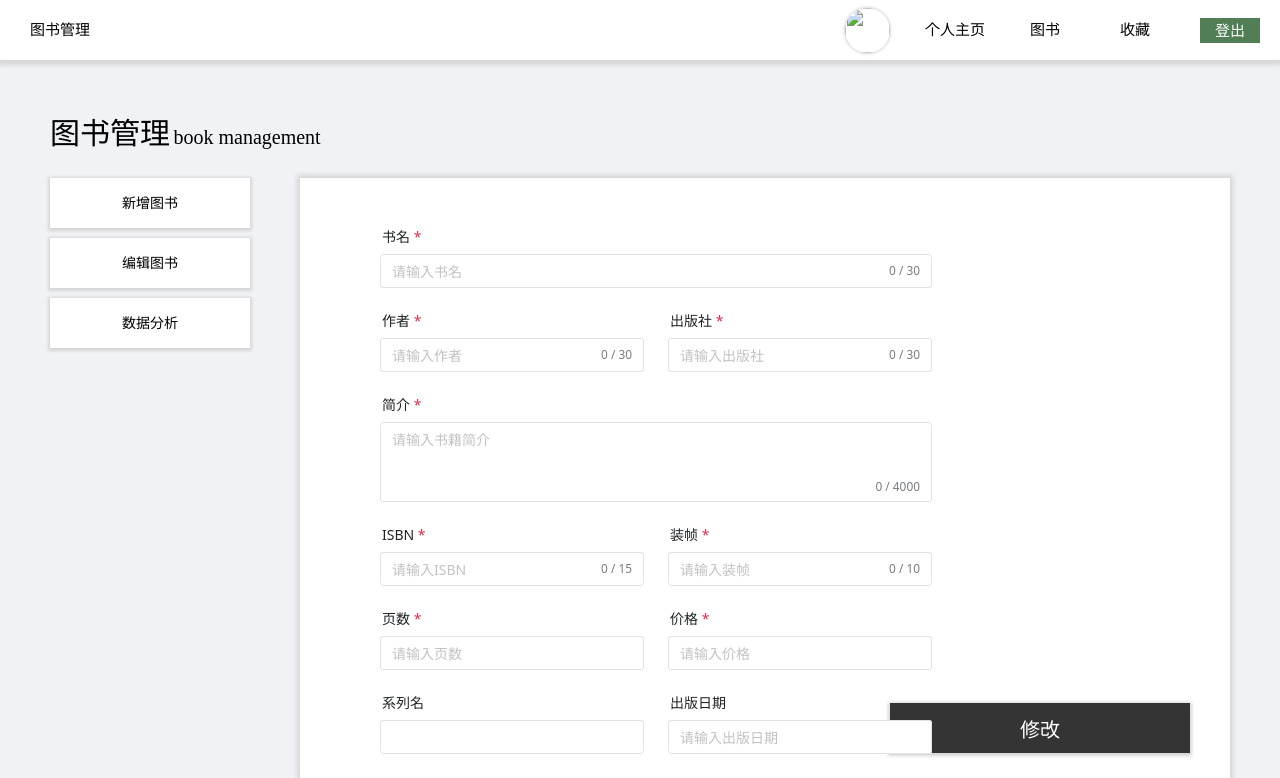
Repository: quanwangniuniu/Oasis-Reading-Platform
Page: /#/admin/managebooks/edit (app in Vue-frontend/)
These files come from the project's save history. The page is drawn as it stood at one moment and after the next save; the edit follows.
The browser window is 1280 px wide. The pictures show the whole page.
The page's requests for data from a server got no answer. Some web fonts or font styles are not loaded; a fallback is used. The project was rebuilt for these pictures with package versions that can differ from the ones it lists, and the page was loaded fresh each time. No one was signed in, and anything a server would have sent is missing. Also part of the build but not shown: Vue-frontend/vite.config.js, Vue-frontend/src/components/Test.vue, Vue-frontend/src/components/user/books/BookCard.vue, Vue-frontend/src/components/user/books/Books.vue, Vue-frontend/src/components/axios/favourite_api.js, Vue-frontend/src/components/user/movies/FavouriteBookCard.vue, Vue-frontend/src/components/user/movies/FavouritesFolderCard.vue, Vue-frontend/src/components/user/movies/Favourites.vue and 25 more.

Above is the page before, as saved 2023-04-21 16:17:13.

### Vue-frontend/index.html
<!DOCTYPE html>
<html lang="en">
  <head>
    <meta charset="UTF-8">
    <meta name="viewport" content="width=device-width, initial-scale=1.0">
    <title>Vite App</title>
    <style>
      *{
        padding: 0px;
        margin: 0px;
      }

      body{
        background-color: #f0f2f5;
      }
    </style>
  </head>
  <body>
    <div id="app"></div>
    <script type="module" src="/src/main.js"></script>
  </body>
</html>

### Vue-frontend/src/main.js
import { createApp } from 'vue'
import { provide, ref, nextTick } from 'vue'
import ElementPlus from 'element-plus'
import naive from 'naive-ui'
import 'element-plus/dist/index.css'
import App from './App.vue'
import router from './components/router/router'
import * as ElementPlusIconsVue from '@element-plus/icons-vue'
import './assets/font/font.css'
import './assets/css/element.css'

const app = createApp(App)
app.use(router)
app.use(ElementPlus)
app.use(naive)
app.mount('#app')
for (const [key, component] of Object.entries(ElementPlusIconsVue)) {
  app.component(key, component)
}

### Vue-frontend/src/App.vue
<script setup>
import Test from './components/Test.vue';
</script>

<template>
  <n-dialog-provider>
    <n-message-provider>
      <div>
        <!-- <Test></Test> -->
        <router-view></router-view>
      </div>
    </n-message-provider>
  </n-dialog-provider>

</template>

<style scoped></style>

### Vue-frontend/src/assets/font/font.css

  @font-face {
    font-family: siyuansongti;
    src: url(./Source_Han_Serif_SC_Light_Light.otf);
    font-weight: normal;
    font-style: normal;
  }

  @font-face {
    font-family: deyihei;
    src: url(./SmileySans-Oblique.otf);
    font-weight: normal;
    font-style: normal;
  }

### Vue-frontend/src/components/Admin.vue
<script setup>
import BookManagementVue from './admin/bookManagement/BookManagement.vue';
import AdminHeader from './admin/header/AdminHeader.vue';
</script>

<template>
    <AdminHeader></AdminHeader>
    <router-view></router-view>
</template>

<style scoped>
</style>

### Vue-frontend/src/components/admin/bookManagement/BookManagement.vue
<script setup lang="ts">
import LeftBar from './LeftBar.vue';
import {ref, reactive} from 'vue'
import { Plus } from '@element-plus/icons-vue'
import type { UploadProps } from 'element-plus'
import {api_addBook} from '../../axios/api'
import { ElMessage} from 'element-plus'
import { ElNotification } from 'element-plus'

const bookItem = reactive({
  id:'',
  title: '',
  author: '',
  publisher: '',
  isbn: '',
  description: '',
  publish_year: '',
  page:'',
  binding: '',
  price:'',
  seriers:' ',
  url:''
})

const imageUrl = ref('')

const handleAvatarSuccess: UploadProps['onSuccess'] = (
  response,
  uploadFile
) => {
  bookItem.url = response.url
  bookItem.id = response.id
  imageUrl.value = URL.createObjectURL(uploadFile.raw!)
}

const beforeAvatarUpload: UploadProps['beforeUpload'] = (rawFile) => {
  if (rawFile.type !== 'image/jpeg') {
    ElMessage.error('Avatar picture must be JPG format!')
    return false
  } else if (rawFile.size / 1024 / 1024 > 2) {
    ElMessage.error('Avatar picture size can not exceed 2MB!')
    return false
  }
  return true
}

const addBook = ()=>{
  api_addBook(bookItem).then(res => {
    console.log(res.data)
    if(res.data.code == 200){
      open()
      for (let prop in bookItem) {
        bookItem[prop] = '';
      }
      imageUrl.value = ''
    }
  })
}

const open = () => {
  ElNotification.success({
    title: 'Success',
    message: '添加图书成功',
    offset: 100,
  })
}


</script>

<template>
  <div class="top-container">
    <div class="title">
      <span>图书管理</span>&nbsp;<span>book management</span>
    </div>
  </div>
  <div class="container">
      <LeftBar></LeftBar>
      <div class="panel">
        <router-view></router-view>
      </div>
  </div>

</template>

<style scoped>
.top-container{
  margin: 50px 50px 0px 50px;
  display: flex;
  justify-content: space-between;
}

.title{
  width: 400px;
  font-family: siyuansongti;
}
.container{
  display: flex;
  margin: 20px 50px 0px 50px
}

.title span:nth-child(1){
  font-size: 30px;
}
.title span:nth-child(2){
  font-size: 20px;
}

.panel{
  box-sizing: border-box;
  flex: 1;
  height: 600px;
  background-color: white;
  box-shadow: 0 0 5px 3px rgb(214, 214, 214);
  padding: 30px;
}

.book-form{
  width: 450px;
}

.img-upload-and-submit{
  flex: 1;
  margin: 0px auto;
}

.img-container{
  width: 100%;
  height: 450px;
}

.img-upload{
  width: 250px;
  height: 400px;
  margin: 0 auto;
}
.avatar{
  width: 250px;
  height: 400px;
}
.submit{
  height: 100px;
  width: 100%;
  display: flex;
  align-items: center;
  justify-content: center;
}

.submit button{
  width: 300px;
  height: 50px;
  border: none;
  background-color: rgb(52, 52, 52);
  box-shadow: 0px 1px 3px 2px rgb(214, 214, 214);
  color: white;
  font-size: 20px;
}
</style>

### Vue-frontend/src/components/admin/bookManagement/EditBook.vue
<script setup lang="ts">
import {ref, reactive, onMounted} from 'vue'
import { Plus } from '@element-plus/icons-vue'
import type { UploadProps } from 'element-plus'
import {api_updateBook, api_getBookById} from '../../axios/api'
import { ElMessage} from 'element-plus'
import { ElNotification } from 'element-plus'
import { useRoute, useRouter } from 'vue-router'
import {validatePrice, validatePage} from '../../../util/validate'
import { useMessage } from 'naive-ui'

const message = useMessage()
const route = useRoute()
const router = useRouter()
const formRef = ref(null);
const imageUrl = ref('')
const id = route.query.id;

let bookItem = ref({
  id:'',
  title: '',
  author: '',
  publisher: '',
  ISBN: '',
  description: '',
  publish_year: '',
  page:'',
  binding: '',
  price:'',
  series:' ',
  serie:'',
  url:''
})

onMounted(()=>{
  getBookInfo()
})

const getBookInfo = () => {
  api_getBookById(id).then(res=>{
        bookItem.value = res.data
        imageUrl.value = bookItem.value.url
        console.log(bookItem)
    })
}


// const handleAvatarSuccess: UploadProps['onSuccess'] = (
//   response,
//   uploadFile
// ) => {
//   bookItem.value.url = response.url
//   bookItem.value.id = response.id
//   imageUrl.value = URL.createObjectURL(uploadFile.raw!)
// }

// const beforeAvatarUpload: UploadProps['beforeUpload'] = (rawFile) => {
//   if (rawFile.type !== 'image/jpeg') {
//     ElMessage.error('Avatar picture must be JPG format!')
//     return false
//   } else if (rawFile.size / 1024 / 1024 > 2) {
//     ElMessage.error('Avatar picture size can not exceed 2MB!')
//     return false
//   }
//   return true
// }


const updateBook = () => {
  bookItem.value.series = bookItem.value.serie
  api_updateBook(bookItem.value).then(res => {
    console.log(res.data)
    if(res.data.code == 200){
      open()
      router.push( {path: '/admin/managebooks/list'})
    }
  })
}

const CommitButtonClick = () => {
  formRef.value?.validate((errors: any) => {
    if(bookItem.value.url == undefined || bookItem.value.url == ''){
      message.error('请先上传书籍封面')
    }
    if (!errors) {
      updateBook()
    }
  })
}

const open = () => {
  ElNotification.success({
    title: 'Success',
    message: '修改图书信息成功',
    offset: 100,
    duration: 1500
  })
}

const rules = {
  title: [
    {
      required: true,
      trigger: ["input", "blur"],
      message: '书名不能为空'
    },
  ],
  author: [
    {
      required: true,
      trigger: ["input", "blur"],
      message: '作者不能为空'
    },
  ],
  publisher: [
    {
      required: true,
      trigger: ["input", "blur"],
      message: '出版社不能为空'
    },
  ],
  description: [
    {
      required: true,
      trigger: ["input", "blur"],
      message: '书籍简介不能为空'
    },
  ],
  ISBN: [
    {
      required: true,
      trigger: ["blur"],
      message: 'ISBN不能为空'
    },
  ],
  binding: [
    {
      required: true,
      trigger: ["input", "blur"],
      message: '装帧不能为空'
    },
  ],
  page: [
    {
      required: true,
      trigger: ["input", "blur"],
      validator: validatePage,
    },
  ],
  price: [
     {
      required: true,
      trigger: ["input", "blur"],
      message: '价格不能为空'
    },
  ],
};


</script>

<template>
    <div class="container">
        <div class="book-form">
          <n-form ref="formRef" :model="bookItem" :rules="rules">
            <n-grid :cols="24" :x-gap="24">
              <n-form-item-gi path="title" label="书名" :span="24">
                <n-input
                  placeholder="请输入书名"
                  class="input"
                  v-model:value="bookItem.title"
                  maxlength="30"
                  show-count
                >
                </n-input>
              </n-form-item-gi>

              <n-form-item-gi path="author" label="作者" :span="12">
                <n-input
                  placeholder="请输入作者"
                  class="input"
                  v-model:value="bookItem.author"
                  maxlength="30"
                  show-count
                >
                </n-input>
              </n-form-item-gi>

              <n-form-item-gi path="publisher" label="出版社" :span="12">
                <n-input
                  placeholder="请输入出版社"
                  class="input"
                  v-model:value="bookItem.publisher"
                  maxlength="30"
                  show-count
                >
                </n-input>
              </n-form-item-gi>

              <n-form-item-gi path="description" label="简介" :span="24">
                <n-input
                  type = "textarea"
                  placeholder="请输入书籍简介"
                  class="input"
                  v-model:value="bookItem.description"
                  :autosize="{minRows: 3, maxRows: 3}"
                  maxlength="4000"
                  show-count
                >
                </n-input>
              </n-form-item-gi>

              <n-form-item-gi path="ISBN" label="ISBN" :span="12">
                <n-input
                  placeholder="请输入ISBN"
                  class="input"
                  v-model:value="bookItem.ISBN"
                  maxlength="15"
                  show-count
                >
                </n-input>
              </n-form-item-gi>

              <n-form-item-gi path="binding" label="装帧" :span="12">
                <n-input
                  placeholder="请输入装帧"
                  class="input"
                  v-model:value="bookItem.binding"
                  maxlength="10"
                  show-count
                >
                </n-input>
              </n-form-item-gi>

              <n-form-item-gi path="page" label="页数" :span="12">
                <n-input
                  placeholder="请输入页数"
                  class="input"
                  v-model:value="bookItem.page"
                >
                </n-input>
              </n-form-item-gi>

              <n-form-item-gi path="price" label="价格" :span="12">
                <n-input
                  placeholder="请输入价格"
                  class="input"
                  v-model:value="bookItem.price"
                >
                </n-input>
              </n-form-item-gi>

              <n-form-item-gi path="publish_year" label="系列名" :span="12">
                <n-input
                  placeholder="请输入系列名"
                  class="input"
                  v-model:value="bookItem.series"
                >
                </n-input>
              </n-form-item-gi>

              <n-form-item-gi path="publish_year" label="出版日期" :span="12">
                <n-input
                  placeholder="请输入出版日期"
                  class="input"
                  v-model:value="bookItem.publish_year"
                >
                </n-input>
              </n-form-item-gi>
            </n-grid>
          </n-form>
          <!-- <el-form
            label-position="top"
            label-width="100px"
            :model="bookItem"
            style="max-width: 460px"
            :inline="true"
          >
            <el-form-item label="书名" style="width:420px">
              <el-input v-model="bookItem.title" />
            </el-form-item>
            <el-form-item label="作者">
              <el-input v-model="bookItem.author" />
            </el-form-item>
            <el-form-item label="出版社">
              <el-input v-model="bookItem.publisher" />
            </el-form-item>
            <el-form-item label="简介" style="width:420px">
                <el-input v-model="bookItem.description" type="textarea"/>
            </el-form-item>
            <el-form-item label="ISBN">
              <el-input v-model="bookItem.ISBN" />
            </el-form-item>
            <el-form-item label="装帧">
              <el-input v-model="bookItem.binding" />
            </el-form-item>
            <el-form-item label="页数">
              <el-input v-model="bookItem.page" />
            </el-form-item>
            <el-form-item label="价格">
              <el-input v-model="bookItem.price" />
            </el-form-item>
            <el-form-item label="系列名">
              <el-input v-model="bookItem.series" />
            </el-form-item>
            <el-form-item label="出版日期">
              <el-input v-model="bookItem.publish_year" />
            </el-form-item>
          </el-form> -->

        </div>
        <div class="img-upload-and-submit">
          <div class="img-container">
            <div class="img-upload">
              <img v-if="imageUrl" :src="imageUrl" class="avatar" />
            </div>
          </div>
          <div class="submit">
            <button @click="CommitButtonClick">修改</button>
          </div>
        </div>
    </div>

</template>

<style scoped>
.container{
    width: 100%;
    display: flex;
}
.book-form{
  width: 450px;
}

.img-upload-and-submit{
  flex: 1;
}

.img-container{
  width: 100%;
  height: 450px;
}

.img-upload{
  width: 250px;
  height: 400px;
  margin: 0 auto;
}
.avatar{
  width: 250px;
  height: 400px;
}
.submit{
  height: 100px;
  width: 100%;
  display: flex;
  align-items: center;
  justify-content: center;
}

.submit button{
  width: 300px;
  height: 50px;
  border: none;
  background-color: rgb(52, 52, 52);
  box-shadow: 0px 1px 3px 2px rgb(214, 214, 214);
  color: white;
  font-size: 20px;
}
</style>

### Vue-frontend/src/components/router/utils.js
export const checkUser = (from, to, next) => {
    if(localStorage.getItem('token') === null){
        next('/login')
    }else{
        next()
    }
}

### Vue-frontend/src/components/axios/api.js
import instance from './config'

export const api_getBooks = () =>{
    return instance({
        url: '/books',
        method: 'get',
    })
}

export const api_getBooksByPage = (page) => {
    return instance({
        url: '/books/page/' + page,
        method: 'get',
    })
}

export const api_getTotalPages = (page) => {
    return instance({
        url: '/books/pages',
        method: 'get',
    })
}

export const api_getBookById = (id) => {
    return instance({
        url: '/books/' + id,
        method: 'get',
    })
}

export const api_getBookByTitle = (title) => {
    return instance({
        url: '/getBookByTitle',
        params: {title: title},
        method: 'get',
    })
}

export const api_addBook = (bookItem) => {
    return instance({
        url: '/addBook',
        method: 'post',
        data:{
            bookItem: JSON.stringify(bookItem)
        }

    })
}

export const api_updateBook = (bookItem) => {
    return instance({
        url: '/updateBook',
        method: 'post',
        data:{
            bookItem: JSON.stringify(bookItem)
        }

    })
}

export const api_deleteBookById = (id) => {
    return instance({
        url: '/books/' + id,
        method: 'delete',
    })
}

export const api_login = (phone, password) => {
    return instance({
        url: '/login',
        method: 'post',
        data:{
            phone: phone,
            password: password
        }
    })
}

### Vue-frontend/src/util/validate.js
const phoneRegEx = new RegExp("^1[3456789]\\d{9}$");
const usernameRegEx = new RegExp("^[\\u4E00-\\u9FA5A-Za-z0-9]+$")
const codeRegEx = new RegExp("^\\d{4}$")
const passwordRegEx = new RegExp("^(?=.*\\d)(?=.*[a-zA-Z])[0-9a-zA-Z]{6,}$")
const emailRegEx = new RegExp("^[\\w-]+(\\.[\\w-]+)*@([\\w-]+\\.)+[a-zA-Z]{2,7}$")
const NumberRegEx = new RegExp("^\\d+$")

const validatePhone = (rule, value) => {
  if(value.length == 0){
    return new Error("手机号不能为空");
  }else if (!phoneRegEx.test(value)) {
    return new Error("手机号格式不正确");
  } else {
    return true
  }
}

const validateUsername = (rule, value) => {
  if(value.length == 0){
    return new Error("用户名不能为空");
  }else if (!usernameRegEx.test(value)) {
    return new Error("用户名不能包含特殊字符");
  } else {
    return true
  }
}

const validateCode = (rule, value) => {
  if(!value|| value.length == 0){
    return new Error("验证码不能为空");
  }else if (!codeRegEx.test(value)) {
    return new Error("验证码为四位数字");
  } else {
    return true
  }
}

const validatePassword = (rule, value) => {
  if(value.length < 6){
    return new Error("密码至少要六位以上")
  }else if(!passwordRegEx.test(value)){
    return new Error("密码需要包含字母和数字")
  }else {
    return true
  }
}

const validateEmail = (rule, value) => {
  if(value == undefined || value.length == 0){
    return new Error("邮箱不能为空")
  }else if(!emailRegEx.test(value)){
    return new Error("邮箱格式不正确")
  }else {
    return true
  }
}

const validatePage = (rule, value, str) => {
  str = '页数'
  if(value == undefined){
    return new Error(str + "不能为空")
  }else if(!NumberRegEx.test(value)){
    return new Error(str + "只能为数字")
  }else {
    return true
  }
}

const validatePrice = (rule, value, str) => {
  str = '价格'
  if(value == undefined){
    return new Error(str + "不能为空")
  }else if(!NumberRegEx.test(value)){
    return new Error(str + "只能为数字")
  }else {
    return true
  }
}

export {
  validatePassword,
  validatePhone,
  validateUsername,
  validateCode,
  validateEmail,
  validatePage,
  validatePrice
}

### Vue-frontend/src/components/axios/user_api.js
import instance from './config'

export const api_addUser = (user) =>{
    return instance({
        url: '/user/add',
        method: 'post',
        data:{
            user: JSON.stringify(user)
        }
    })
}

export const api_getUserAvatar = (user) =>{
    return instance({
        url: '/avatar',
        method: 'get',
    })
}

export const api_getUserInfo = (user) =>{
    return instance({
        url: '/user',
        method: 'get',
    })
}

export const api_updateUserInfo = (user) =>{
    return instance({
        url: '/user/update',
        method: 'post',
        data:{
            user:JSON.stringify(user)
        }
    })
}

### Vue-frontend/src/components/admin/header/AdminHeader.vue
<script setup>
import { onBeforeMount, ref } from 'vue'
import { api_getUserAvatar } from '../../axios/user_api'
import { useRouter } from 'vue-router'

const router = useRouter()
const avatarURL = ref()

onBeforeMount(() => {
  api_getUserAvatar().then(res => {
    console.log(res)
    avatarURL.value = res.data.data;
  })
})

let logout = () => {
    localStorage.clear('token')
    localStorage.clear('type')
}

const gotoUserCenter = () => {
  router.push({path:'/admin/info'})
}


</script>

<template>
    <div>
        <div>
            <div class="container">
                <div class="left">
                    <div class="nav"><router-link to="/admin/managebooks/add">图书管理</router-link></div>
                </div>

                <div class="right">
                    <div class="avata" @click="gotoUserCenter()">
                        <img :src=avatarURL alt="">
                    </div>
                    <div class="nav"><router-link to="/admin/info">个人主页</router-link></div>
                    <div class="nav"><router-link to="/admin/books">图书</router-link></div>
                    <div class="nav"><router-link to="/admin/favourites">收藏</router-link></div>
                    <div class="login"><router-link to="/login" @click="logout()">登出</router-link></div>
                </div>


            </div>
        </div>
    </div>
</template>

<style scoped>
.container {
  height: 60px;
  background-color: white;
  /* 边框模糊效果 */
  box-shadow: 0 0 5px 5px rgb(214, 214, 214);
  /* 开启flex布局 */
  display: flex;
  /* 设置元素靠右排列 */
  justify-content: flex-end;
  /* 设置元素垂直居中 */
  align-items: center;

  display: flex;
  justify-content: space-between;
}

.left, .right{
    display: flex;
    align-items: center;
}

.nav {
  box-sizing: border-box;
  width: 90px;
  height: 60px;
  padding-left: 10px;
  padding-right: 10px;
  /* 设置nav内部a标签水平居中 */
  text-align: center;
  /* 开启flex局部 */
  display: flex;
  /* 设置nav内部a标签垂直居中 */
  align-items: center;
  border-bottom: 2px solid transparent;
}

.nav a {
  width: 70px;
  /* 清除a标签默认样式 */
  text-decoration: none;
  color: black;
}

.left .nav{
  margin-left: 10px;
    width: 100px;
}

.left .nav a{
    width: 100px;
}

.nav:hover {
  border-bottom: 2px solid rgb(2, 108, 2);
  color: rgb(2, 108, 2);
}

.nav:hover a {
  color: rgb(2, 108, 2);
}


.login {
  padding: 5px 15px;
  box-sizing: border-box;
  margin-left: 20px;
  margin-right: 20px;
  background-color: #517E55;
  align-content: center;
  display: flex;
  align-items: center;
  justify-content: center;
}

.login a {
  display: inline-block;
  line-height: 100%;
  text-align: center;
  text-decoration: none;
  color: white
}

a {
  font-size: 15px;
}

.avata {
  box-sizing: border-box;
  width: 45px;
  height: 45px;
  border-radius: 50%;
  box-shadow: 0px 0px 3px 1px rgb(214, 214, 214);
  display: flex;
  justify-content: center;
  align-items: center;
  margin-right: 20px;
}

.avata img {
  width: 100%;
  height: 100%;
  object-fit: cover;
  border-radius: 50%;
}


.logo {
  box-sizing: border-box;
  width: 70px;
  height: 45px;
  display: flex;
  justify-content: center;
  align-items: center;
  margin-right: 20px;
}

.logo img {
  width: 100%;
  height: 100%;
  object-fit: cover;
}
</style>

### Vue-frontend/src/components/admin/bookManagement/LeftBar.vue
<script setup>

</script>

<template>
    <div class="leftbar-container">
        <div class="card">
            <router-link to='/admin/managebooks/add'>新增图书</router-link>
        </div>
        <div class="card">
            <router-link to='/admin/managebooks/list'>编辑图书</router-link>
        </div>
        <div class="card">
            <router-link to='/admin/managebooks/analyse'>数据分析</router-link>
        </div>
    </div>

</template>

<style scoped>
.leftbar-container{
    width: 250px;
    height: 600px;
}

.card{
    width: 200px;
    height: 50px;
    background: white;
    /* 设置卡片阴影 */
    box-shadow: 0px 1px 3px 2px rgb(214, 214, 214);
    /* 开启flex布局 文字水平垂直居中 */
    display: flex;
    justify-content: center;
    align-items:center;
    margin-bottom: 10px;
}

.card:hover{
    transform:scale(1.1);
}

a, a:visited {
  text-decoration: none;
  color: #000;
}
</style>

### Vue-frontend/src/components/axios/config.js
import axios from 'axios'

//创建axios实例, 设置baseurl
let instance = axios.create({
    baseURL: 'http://127.0.0.1:5000'
})

//设置请求拦截器, 所有请求都带上token
instance.interceptors.request.use(
    (config) =>{
        let token = localStorage.getItem('token');
        if(token){
            config.headers.Authorization = `Bearer ${token}`
        }
        return config
    }
)

export default instance;

Loaded but not shown: Vue-frontend/src/components/router/router.js (72 lines, source omitted)

After the next save:
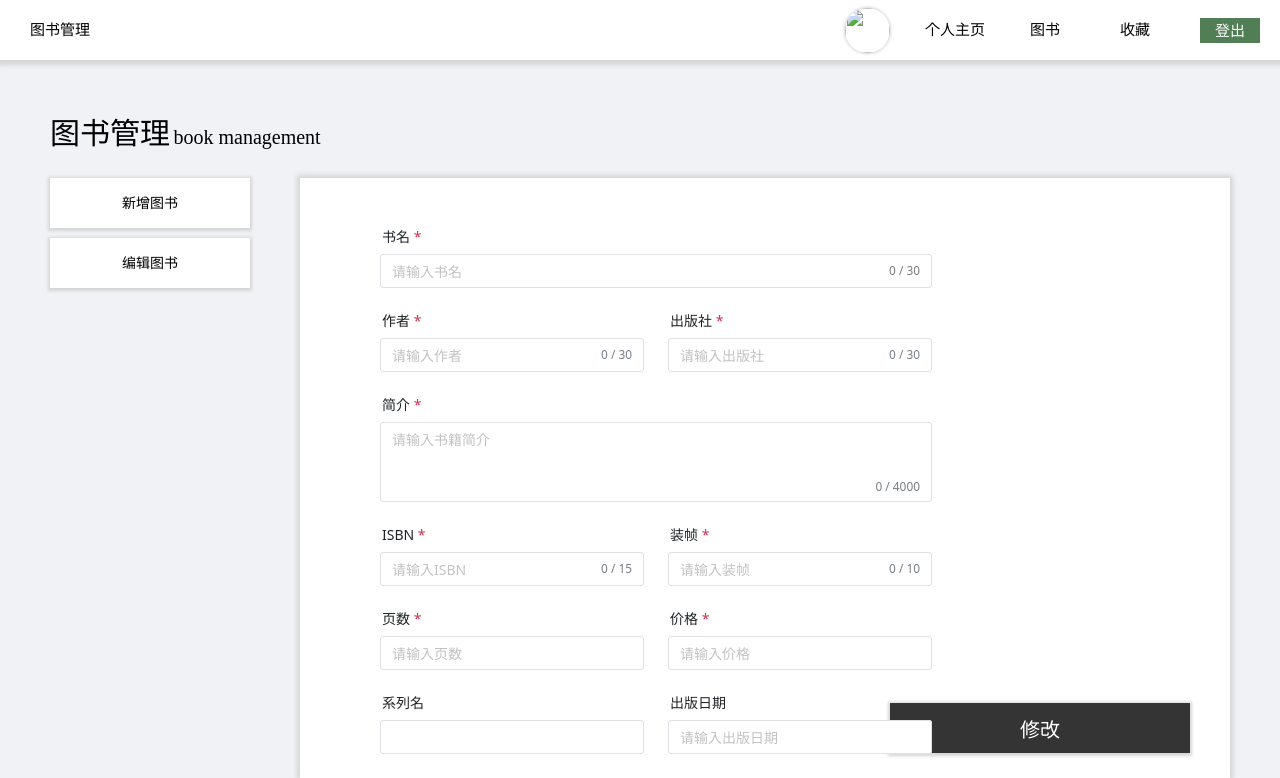
Saved 22 s later.
--- a/Vue-frontend/src/components/admin/bookManagement/LeftBar.vue
+++ b/Vue-frontend/src/components/admin/bookManagement/LeftBar.vue
@@ -10,9 +10,9 @@
         <div class="card">
             <router-link to='/admin/managebooks/list'>编辑图书</router-link>
         </div>
-        <div class="card">
+        <!-- <div class="card">
             <router-link to='/admin/managebooks/analyse'>数据分析</router-link>
-        </div>
+        </div> -->
     </div>
 
 </template>
